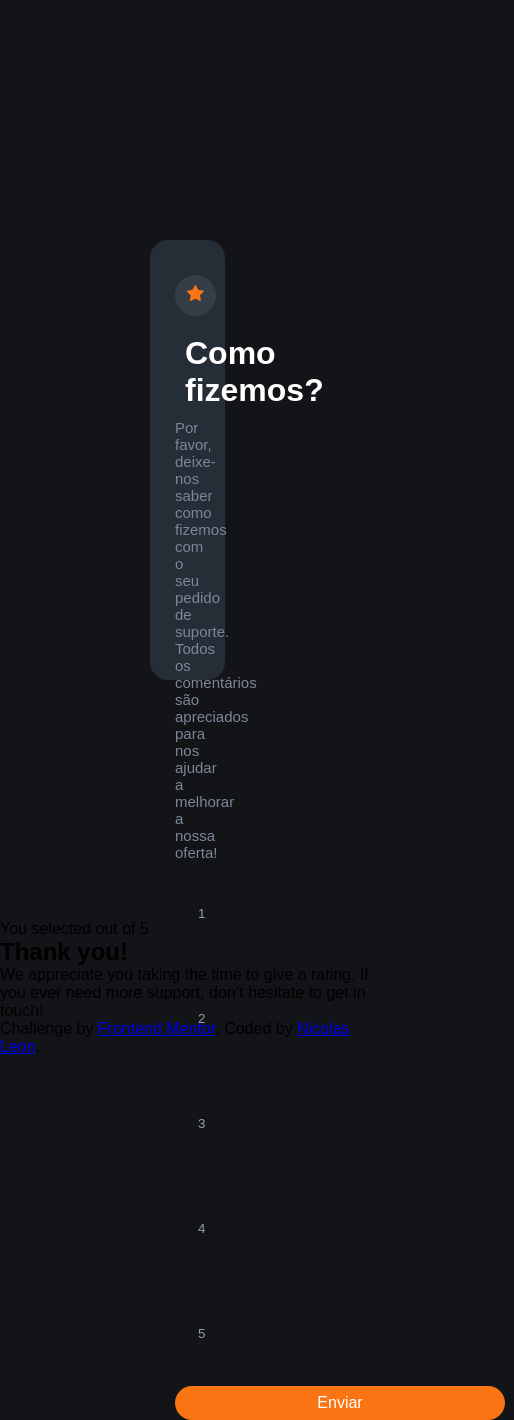
Repository: Leonngc/projeto-avaliacao
Page: index.html
An editor plug-in stored every save of this project. The page is shown before and after the next save, followed by the edit.
The browser window is 375 px wide. The page is 505 px wide, then 514 px, so the pictures cover 514 px, including what lies to the right of the window. The pictures show the whole page.

Above is the page before, as saved 2023-01-26 11:56:55.

### index.html
<!DOCTYPE html>
<html lang="en">
<head>
  <meta charset="UTF-8">
  <meta name="viewport" content="width=device-width, initial-scale=1.0"> <!-- displays site properly based on user's device -->

  <link rel="icon" type="image/png" sizes="32x32" href="./images/favicon-32x32.png">

  <title>Frontend Mentor | Interactive rating component</title>

  <link rel="stylesheet" href="styles/style.css">
</head>
<body>

  <!-- Rating state start -->
<form id="avaliation-form">

  <span id="icon-star">
    <img src="images/icon-star.svg" alt="">
  </span>

    <h1>Como fizemos?</h1>

    <p>
      Por favor, deixe-nos saber como fizemos com o seu pedido de suporte. Todos os comentários são apreciados
      para nos ajudar a melhorar a nossa oferta!
    </p>

    <div id="avaliation-btns">
      <input type="button" value="1" class="avaliation">
      <input type="button" value="2" class="avaliation">
      <input type="button" value="3"  class="avaliation">
      <input type="button" value="4"  class="avaliation">
      <input type="button" value="5"  class="avaliation">
    </div>

    <input type="submit" onclick="sent()" value="Enviar" id="submit"></input>
</form>

  <!-- Rating state end -->

  <!-- Thank you state start -->

  <section id="result-avaliation">
    <p id="avaliacao-user">You selected <!-- Add rating here --> out of 5</p>
    <h1>Thank you!</h1>
    <p>
      We appreciate you taking the time to give a rating. If you ever need more support,
      don’t hesitate to get in touch!
    </p>
  </section>

  <!-- Thank you state end -->


  <div class="attribution">
    Challenge by <a href="https://www.frontendmentor.io?ref=challenge" target="_blank">Frontend Mentor</a>.
    Coded by <a href="#">Nicolas Leon</a>.
  </div>
</body>
</html>

### styles/style.css

:root{
    --very-dark-blue:hsl(216, 12%, 8%);
    --dark-blue:hsl(213, 19%, 18%);
    --medium-grey: hsl(216, 12%, 54%);
    --light-grey:hsl(217, 12%, 63%);
}

*{
    margin: 0;
    padding: 0;
    box-sizing: border-box;
}

body{
    background-color:var(--very-dark-blue);
    font-family: sans-serif;
}
span{
    background-color: rgba(255, 255, 255, 0.074);
    padding: 12px;
    border-radius: 50%;
    text-align: center;
}

span > img{
    margin-top: 20px;
}

#avaliation-form{
    max-width: 900px;
    background-color:var(--dark-blue);
    width: 25vw;
    height: 55vh;
    padding: 25px;
    margin: 30vh auto;
    color: white;
    border-radius: 18px;
}

#avaliation-form > h1{
    padding: 10px;
    margin-top: 20px;
}

#avaliation-form > p{
    color:var(--medium-grey);
    font-size: 15px;
}

.avaliation{
    margin: 30px 8px;
    border-radius: 66%;
    padding: 15px;
    border: none;
    background-color: var(--very-dark-blue);
    color: var(--light-grey);
    width: 3vw;
    cursor: pointer;
}

#avaliation-btns input:hover{
    background-color: hsl(25, 97%, 53%);
    color:white;
}
#avaliation-btns input:active{
    background-color: var(--light-grey);
}

#submit{
    width: 330px;
    margin: auto;
    padding: 8px;
    border-radius: 20px;
    border-style: none;
    color: white;
    background-color: hsl(25, 97%, 53%);
    cursor: pointer;
    font-size: 16px;
}

#submit:hover{
    background-color: white;
    color: hsl(25, 97%, 53%);
}

@media screen and (max-width:600px){
    #avaliation-form{
        width: 20vw;
    }
}

After the next save:
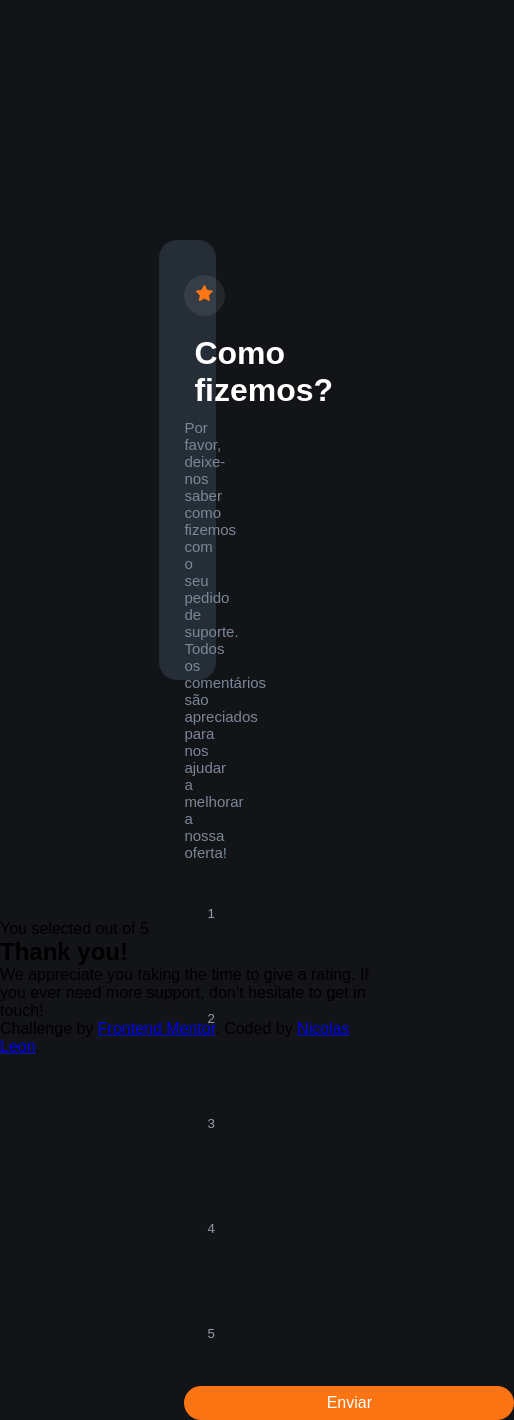
Saved 12 s later.
--- a/styles/style.css
+++ b/styles/style.css
@@ -86,6 +86,6 @@ span > img{
 
 @media screen and (max-width:600px){
     #avaliation-form{
-        width: 20vw;
+        width: 15vw;
     }
 }
